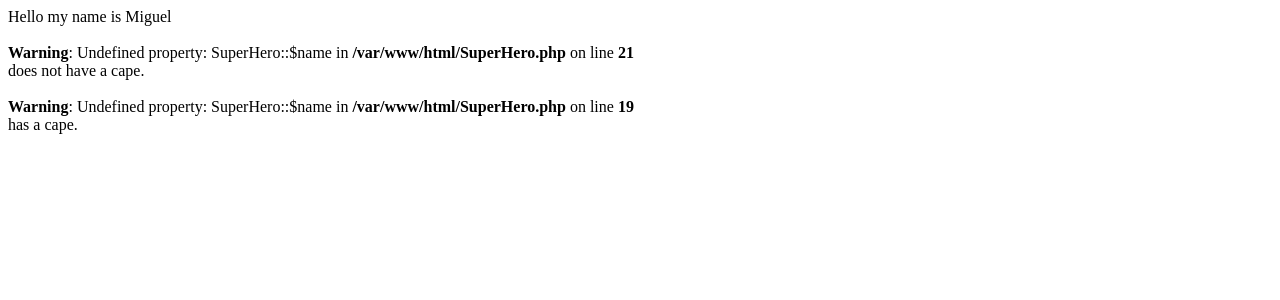
Repository: kargoh/CST236-Topic1
Page: http://localhost/Play.php
These files come from the project's save history. The page is drawn as it stood at one moment and after the next save; the edit follows.
The browser window is 1280 px wide. The pictures show the whole page.
The page is run by PHP 8.4 with error messages shown; the project is at /var/www/html/.

Above is the page before, as saved 2020-09-21 22:28:51.

### Topic1-SuperHero/Play.php
<?php

require_once 'SuperHero.php';

$ultraMan = new SuperHero("Miguel");

$ultraMan->capeStatus();
$ultraMan->obtainACape();
$ultraMan->capeStatus();

?>

### Topic1-SuperHero/SuperHero.php
<?php

require_once 'Person.php';

class SuperHero extends Person {

    private $hasCape;

    public function obtainACape() {
        $this->hasCape = True;
    }

    public function loseCape() {
        $this->hasCape = False;
    }

    public function capeStatus() {
        if($this->hasCape == true){
            echo $this->name . " has a cape.<br>";
        } else {
            echo $this->name . " does not have a cape.<br>";
        }
    }
}



?>

### Topic1-SuperHero/Person.php
<?php

class Person
{
    private $name;
    private $age;
    private $username;
    private $password;

    public function __construct($name) {
        $this->name = $name;
        echo "Hello my name is " .$name . "<br>";
        $this->username = "isaiah";
        $this->password = "password";
    }

}
?>

After the next save:
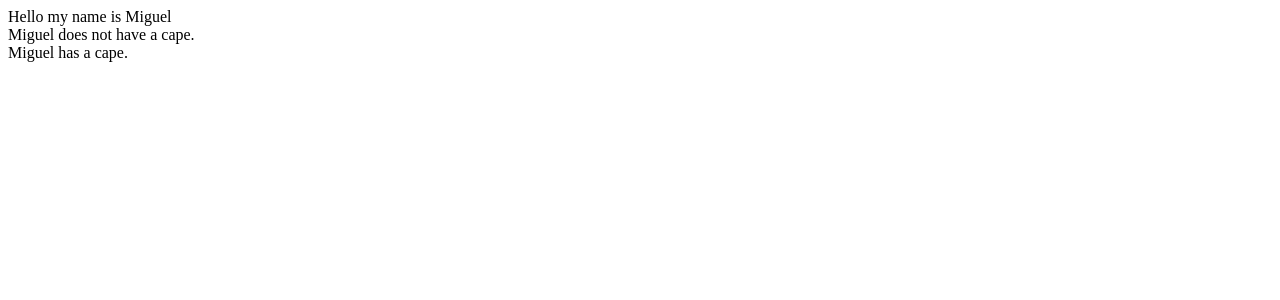
Saved 4 s later.
--- a/Topic1-SuperHero/Person.php
+++ b/Topic1-SuperHero/Person.php
@@ -2,7 +2,7 @@
 
 class Person
 {
-    private $name;
+    protected $name;
     private $age;
     private $username;
     private $password;
